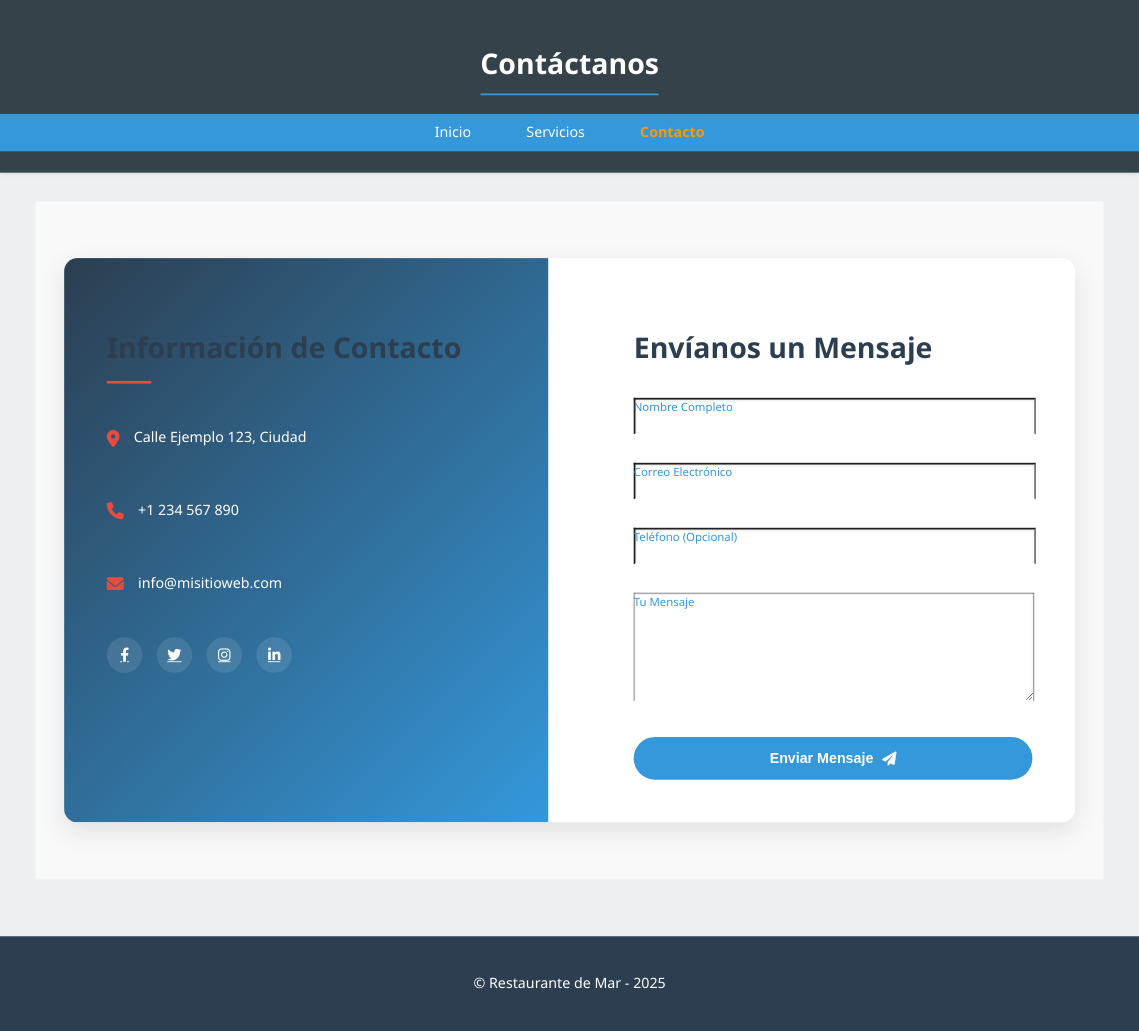
Repository: Sevanjo/Pagina_web
Page: HTML/contacto.html
An editor plug-in stored every save of this project. The page is shown before and after the next save, followed by the edit.
The browser window is 1280 px wide. The pictures show the whole page, at 89% of full size.

Above is the page before, as saved 2025-05-04 19:37:00.
Console error: TypeError: Cannot read properties of null (reading 'addEventListener')

After the next save:
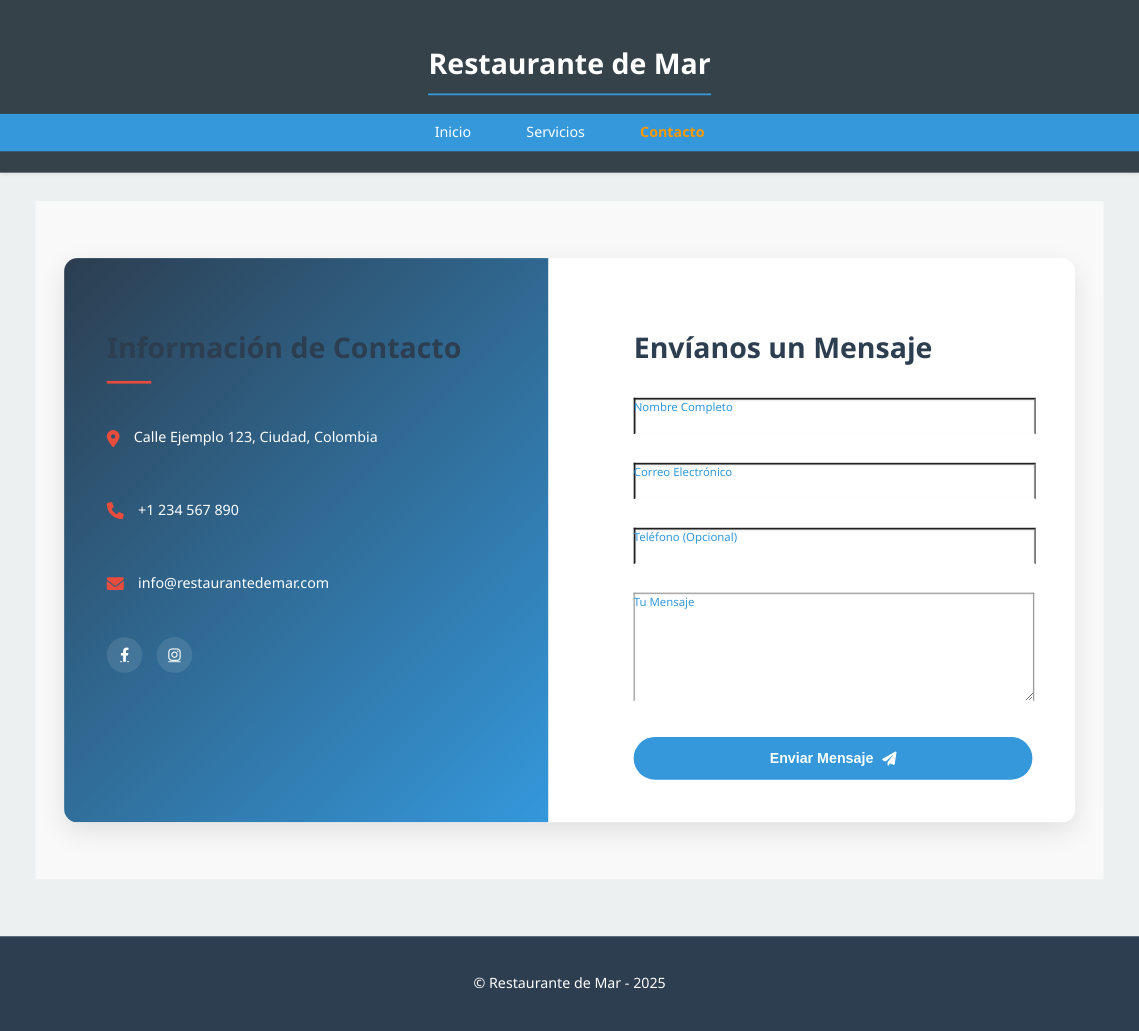
Saved 4 min 26 s later.
--- a/HTML/contacto.html
+++ b/HTML/contacto.html
@@ -3,68 +3,106 @@
 <head>
     <meta charset="UTF-8">
     <meta name="viewport" content="width=device-width, initial-scale=1.0">
-    <title>Contacto | Restaurante de Mar - Reservas y ubicación</title>
-    <meta name="description" content="Dirección, horarios y formulario de reservas. ¡Visítanos o llámanos al [+1 234 567 890]!">
+    <title>Contacto | Restaurante de Mar - Reservas y ubicación en Colombia</title>
+    <meta name="description" content="Dirección, horarios y formulario de reservas. ¡Visítanos en Calle Ejemplo 123 o llámanos al +1 234 567 890!">
     <link rel="stylesheet" href="../CSS/styles.css">
     <link rel="stylesheet" href="https://cdnjs.cloudflare.com/ajax/libs/font-awesome/6.0.0/css/all.min.css">
+
+    <script type="application/ld+json">
+    {
+        "@context": "https://schema.org",
+        "@type": "Restaurant",
+        "name": "Restaurante de Mar",
+        "image": "https://tudominio.com/images/logo.jpg",
+        "address": {
+            "@type": "PostalAddress",
+            "streetAddress": "Calle Ejemplo 123",
+            "addressLocality": "Ciudad",
+            "addressRegion": "Antioquia",
+            "postalCode": "050012",
+            "addressCountry": "CO"
+        },
+        "geo": {
+            "@type": "GeoCoordinates",
+            "latitude": "6.244203",
+            "longitude": "-75.581215"
+        },
+        "telephone": "+1234567890",
+        "openingHoursSpecification": [
+            {
+                "@type": "OpeningHoursSpecification",
+                "dayOfWeek": ["Monday", "Tuesday", "Wednesday", "Thursday", "Friday"],
+                "opens": "08:00",
+                "closes": "22:00"
+            },
+            {
+                "@type": "OpeningHoursSpecification",
+                "dayOfWeek": ["Saturday", "Sunday"],
+                "opens": "00:00",
+                "closes": "23:59"
+            }
+        ],
+        "servesCuisine": ["Mariscos", "Comida Colombiana", "Pescados"],
+        "priceRange": "$$",
+        "url": "https://tudominio.com"
+    }
+    </script>
 </head>
 <body>
     <div class="loader"></div>
-
     <header>
-        <h1>Contáctanos</h1>
+        <h1>Restaurante de Mar</h1>
         <nav>
             <ul>
                 <li><a href="index.html">Inicio</a></li>
                 <li><a href="servicios.html">Servicios</a></li>
-                <li><a href="contacto.html">Contacto</a></li>
+                <li><a href="contacto.html" aria-current="page">Contacto</a></li>
             </ul>
         </nav>
     </header>
+
     <main>
         <section class="contact-section">
             <div class="contact-container">
                 <div class="contact-info">
                     <h2>Información de Contacto</h2>
                     <div class="info-item">
-                        <i class="fas fa-map-marker-alt"></i>
-                        <p>Calle Ejemplo 123, Ciudad</p>
+                        <i class="fas fa-map-marker-alt" aria-hidden="true"></i>
+                        <p>Calle Ejemplo 123, Ciudad, Colombia</p>
                     </div>
                     <div class="info-item">
-                        <i class="fas fa-phone"></i>
+                        <i class="fas fa-phone" aria-hidden="true"></i>
                         <p>+1 234 567 890</p>
                     </div>
                     <div class="info-item">
-                        <i class="fas fa-envelope"></i>
-                        <p>info@misitioweb.com</p>
+                        <i class="fas fa-envelope" aria-hidden="true"></i>
+                        <p>info@restaurantedemar.com</p>
                     </div>
                     <div class="social-links">
-                        <a href="#"><i class="fab fa-facebook-f"></i></a>
-                        <a href="#"><i class="fab fa-twitter"></i></a>
-                        <a href="#"><i class="fab fa-instagram"></i></a>
-                        <a href="#"><i class="fab fa-linkedin-in"></i></a>
+                        <a href="https://facebook.com/restaurantedemar" aria-label="Facebook"><i class="fab fa-facebook-f"></i></a>
+                        <a href="https://instagram.com/restaurantedemar" aria-label="Instagram"><i class="fab fa-instagram"></i></a>
                     </div>
                 </div>
 
-                <form id="contactForm" class="contact-form">
+                <form id="contactForm" class="contact-form" netlify>
                     <h2>Envíanos un Mensaje</h2>
 
                     <div class="form-group">
-                        <input type="text" id="name" name="name" required>
+                        <input type="text" id="name" name="name" required autocomplete="name">
                         <label for="name">Nombre Completo</label>
                         <span class="focus-border"></span>
                         <div class="error-message" id="name-error"></div>
                     </div>
 
                     <div class="form-group">
-                        <input type="email" id="email" name="email" required>
+                        <input type="email" id="email" name="email" required autocomplete="email">
                         <label for="email">Correo Electrónico</label>
                         <span class="focus-border"></span>
                         <div class="error-message" id="email-error"></div>
                     </div>
 
                     <div class="form-group">
-                        <input type="tel" id="phone" name="phone">
+                        <input type="tel" id="phone" name="phone" autocomplete="tel">
                         <label for="phone">Teléfono (Opcional)</label>
                         <span class="focus-border"></span>
                     </div>
@@ -89,10 +127,12 @@
             </div>
         </section>
     </main>
-
     <footer>
-        <p>&copy; Restaurante de Mar - 2025</p>
+        <p>&copy; Restaurante de Mar - <span id="current-year">2025</span></p>
     </footer>
-    <script src="js/script.js"></script>
+    <script src="../js/script.js" defer></script>
+    <script>
+        document.getElementById('current-year').textContent = new Date().getFullYear();
+    </script>
 </body>
 </html>
